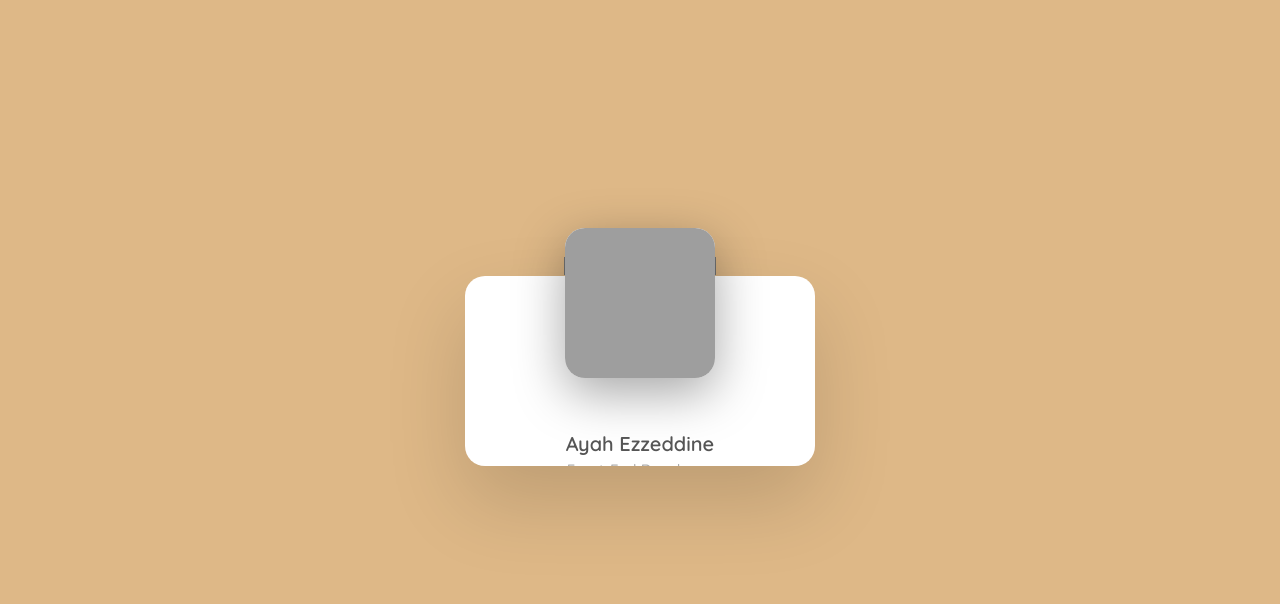
Repository: ayah1996/Github-Profiles
Page: index.html
These files come from the project's save history. The page is drawn as it stood at one moment and after the next save; the edit follows.
The browser window is 1280 px wide. The pictures show the whole page.
Pictures or frames that could not be fetched are drawn as grey boxes. The page's requests for data from a server got no answer.

Above is the page before, as saved 2023-01-26 14:34:34.

After the next save:
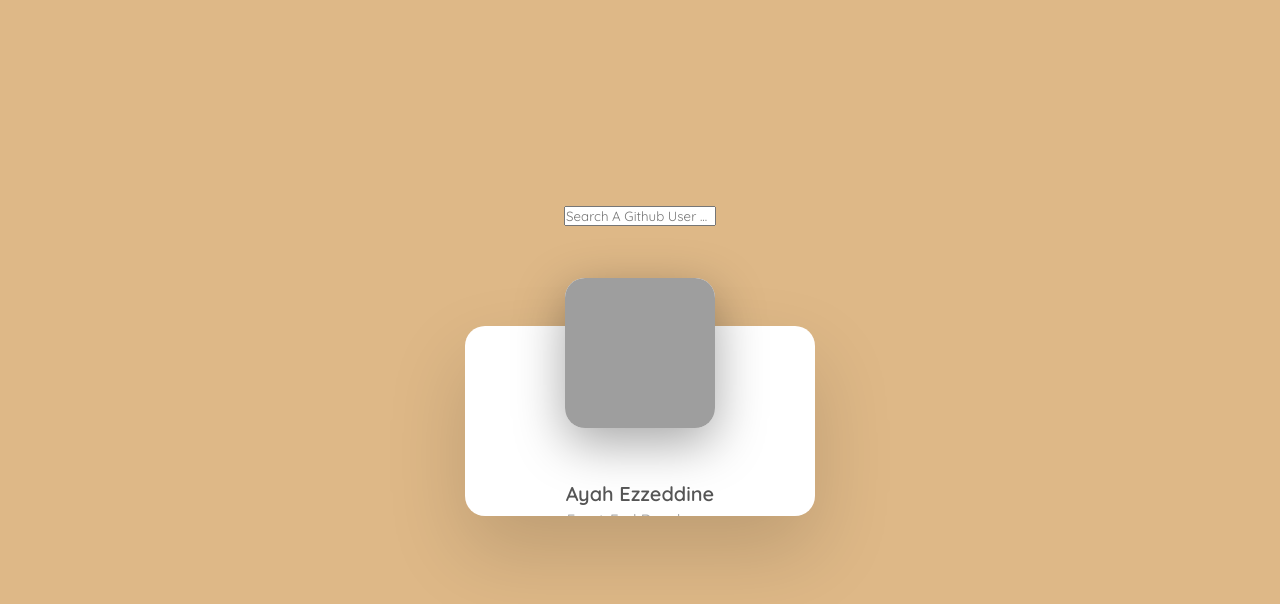
Saved 34 s later.
--- a/style.css
+++ b/style.css
@@ -18,6 +18,9 @@
   align-items: center;
   min-height: 100vh;
   background-color: burlywood;
+}
+#form {
+  margin-bottom: 100px;
 }
 
 .card {
